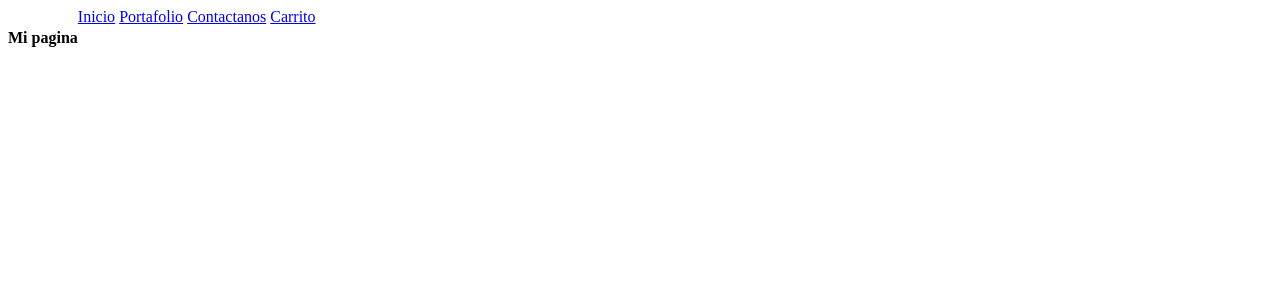
Repository: TzStrikerYT/Dise-o-web-NA00
Page: Proyecto-01/index.html
The author's editor kept a copy of each file at every save. The page is drawn from the files as they stood at one save, then again after the next save.
The browser window is 1280 px wide. The pictures show the whole page.

Above is the page before, as saved 2024-08-21 21:11:58.

After the next save:
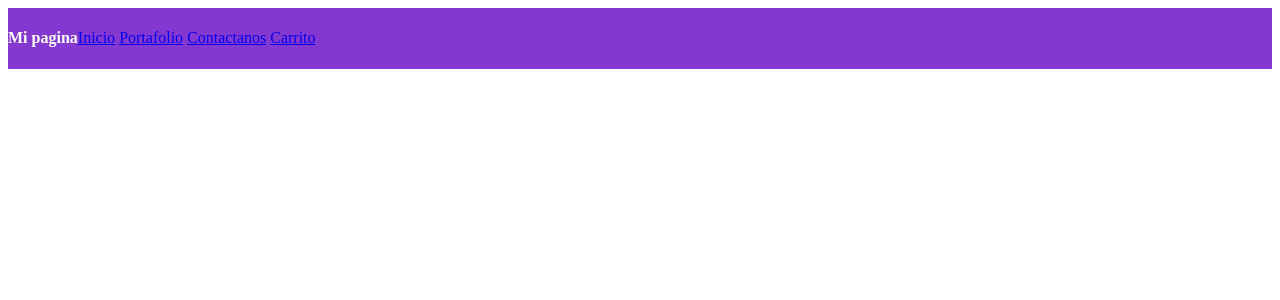
Saved 60 s later.
--- a/Proyecto-01/style.css
+++ b/Proyecto-01/style.css
@@ -1,3 +1,6 @@
 .navbar {
     display: flex;
+    align-items: center;
+    background: #8438d0;
+    color: #fff;
 }
